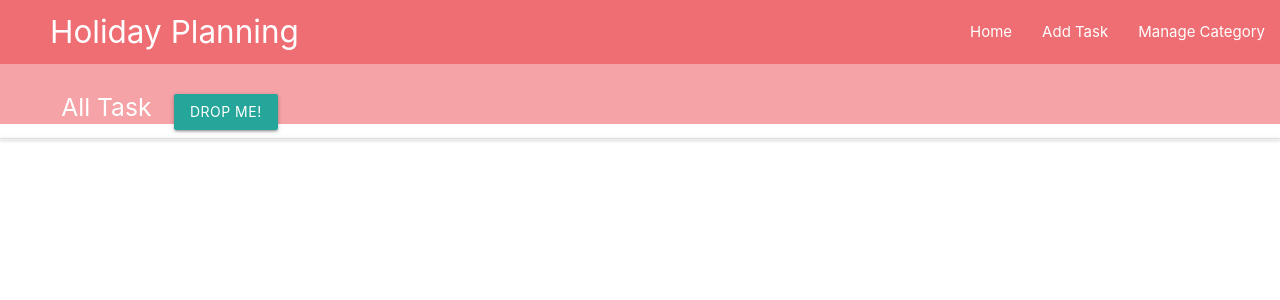
Repository: Code-Institute-Submissions/Project3-Holiday_Planning
Page: http://localhost/
The author's editor kept a record of every edit. The page is drawn from the files as they stood at one moment, then again after the next edit.
The browser window is 1280 px wide. The pictures show the whole page.
Some web libraries are served in a nearby version. The page is served by the project's application, run on Flask 3 (app.py). Queries for data that is not in the repository find no rows.

Above is the page before.

### templates/tasks.html
{% extends 'layout.html' %} {% block content %}


<div class="allTask">
  <div class='row all_task_navi'>
      <div class='col'>
        <h5>All Task</h5>
      </div>
      <div class='col'>
           <!-- Dropdown Trigger -->
      <a class='dropdown-trigger btn' href='#' data-target='dropdown1'>Drop Me!</a>

    <!-- Dropdown Structure -->
    <ul id='dropdown1' class='dropdown-content'>
      <li><a href="#!">one</a></li>
      <li><a href="#!">two</a></li>
      <li class="divider" tabindex="-1"></li>
      <li><a href="#!">three</a></li>
      <li><a href="#!"><i class="material-icons">view_module</i>four</a></li>
      <li><a href="#!"><i class="material-icons">cloud</i>five</a></li>
    </ul>
      </div>

  </div>




<div class="row">

<!--put the collapsible initialization in layout.html    -->
  <ul class="collapsible">
    {% for task in tasks %}
    <li>

      <div class="collapsible-header">
          <div class="task_header col s3">
              <i class="material-icons">expand_more</i>
              <a href="{{url_for('delete_task', task_id=task._id)}}" class="waves-effect waves-light btn btn-small">Done</a>
              <a href="{{url_for('edit_task', task_id=task._id)}}" class="waves-effect waves-light btn btn-small">Edit</a>
          </div>

          <div class="task_header col s9">
              <strong>Category : {{task.category_name}}</strong>
              <br><strong>{{task.task_name}}</strong> - {{task.due_date}}
          </div>
      </div>


      <div class="collapsible-body">
        <span>{{task.task_description}}</span><br><span>{{task.website}}</span><br><span>Person in charge - {{task.person_in_charge}}</span>
      </div>

    </li>
    {% endfor %}
  </ul>
</div>
</div>

{% endblock %}

### templates/layout.html
<!DOCTYPE html>
<html>

<head>
        <link href="https://fonts.googleapis.com/icon?family=Material+Icons" rel="stylesheet">
        <link rel="stylesheet" href="https://cdnjs.cloudflare.com/ajax/libs/materialize/1.0.0/css/materialize.min.css">
        <link rel="stylesheet" href="{{url_for('static', filename='css/style.css')}}" type="text/css"/>
</head>


<body>
    <header>
        <nav>
            <div class="nav-wrapper">
                <a href="{{url_for('get_tasks')}}" class="brand-logo">Holiday Planning</a>
                <a href="#" data-activates="mobile-demo" class="sidenav-trigger"><i class="material-icons">menu</i></a>

                <ul id="nav-mobile" class="right hide-on-med-and-down">
                    <li><a href="{{url_for('get_tasks')}}">Home</a></li>
                    <li><a href="{{url_for('add_task')}}">Add Task</a></li>
                    <li><a href="{{url_for('get_category')}}">Manage Category</a></li>
                </ul>

                <!--extended hamburger navbar added for mobile-->
                <ul class="sidenav" id="mobile-demo">

                    <li><a href="{{url_for('get_tasks')}}">Home</a></li>
                    <li><a href="{{url_for('add_task')}}">Add Task</a></li>
                    <li><a href="{{url_for('get_category')}}">Manage Category</a></li>
                </ul>
            </div>
        </nav>
    </header>

    <div>
        {% block content %} {% endblock %}
    </div>


    <!--<script src="https://cdnjs.cloudflare.com/ajax/libs/jquery/3.4.1/jquery.min.js"></script>-->
   <script <script type="text/javascript" src="https://code.jquery.com/jquery-2.1.1.min.js"></script>
    <script src="https://cdnjs.cloudflare.com/ajax/libs/materialize/1.0.0/js/materialize.min.js"></script>

    <!--to perform the collapsible, datepicker and select option function-->
    <script type="text/javascript">
        $(document).ready(function(){
            $('.collapsible').collapsible();
            $('.datepicker').datepicker({
                format:'dd/mm/yyyy'
            });
            $('select').formSelect();
            $('.sidenav').sidenav();

        });

        // $('.datepicker').pickadate({
        //     selectMonths: true, // Creates a dropdown to control month
        //     selectYears: 15, // Creates a dropdown of 15 years to control year,
        //     today: 'Today',
        //     clear: 'Clear',
        //     close: 'Ok',
        //     closeOnSelect: false // Close upon selecting a date,
        // });

        </script>


        {%block extra_js%}{%endblock%}
</body>

</html>

### app.py
import os
from flask import Flask, render_template, redirect, request, url_for
from flask_pymongo import PyMongo
from bson.objectid import ObjectId


app = Flask(__name__)
app.config["MONGO_DBNAME"] = 'holiday_planning'
app.config["MONGO_URI"] = 'mongodb+srv://root:es1234@cluster0-dio8w.mongodb.net/holiday_planning?retryWrites=true&w=majority'
mongo = PyMongo(app)


# Function to display landing page
@app.route('/')
def index():
    return render_template("tasks.html", tasks=mongo.db.tasks.find())


# T1 - Fetch data in mongodb pass it back to tasks.html
@app.route('/get_tasks')
def get_tasks():
    tasks=mongo.db.tasks.find()
    print(tasks)
    return render_template("tasks.html",
                           tasks=tasks)



# T2 & T3 - After add_task, must follow by insert_task
@app.route('/add_task')
def add_task():
    return render_template('addTask.html',
                            category=mongo.db.category.find())


@app.route('/insert_task', methods=['POST'])
def insert_task():
    tasks = mongo.db.tasks
    tasks.insert_one(request.form.to_dict())
    return redirect(url_for('get_tasks'))



# T4 & T5 - After edit_task, must follow by update_task
@app.route('/edit_task/<task_id>')
def edit_task(task_id):
    the_task =  mongo.db.tasks.find_one({"_id": ObjectId(task_id)})
    all_category =  mongo.db.category.find()
    return render_template('editTask.html', task=the_task,
                           category=all_category)


@app.route('/update_task/<task_id>', methods=["POST"])
def update_task(task_id):
    tasks = mongo.db.tasks
    tasks.update( {'_id': ObjectId(task_id)},
    {
        'category_name':request.form.get('category_name'),
        'task_name':request.form.get('task_name'),
        'task_description': request.form.get('task_description'),
        'person_in-charge': request.form.get('person_in-charge'),
        'website': request.form.get('website'),
        'due_date': request.form.get('due_date'),
        'is_urgent':request.form.get('is_urgent')
    })
    return redirect(url_for('get_tasks'))


# T6 - Delete task from the get_tasks page
@app.route('/delete_task/<task_id>')
def delete_task(task_id):
    mongo.db.tasks.remove({'_id': ObjectId(task_id)})
    return redirect(url_for('get_tasks'))



# CATEGORY

# C1 - Function to fetch all our data in mongodb pass it back to category.html
@app.route('/get_category')
def get_category():
    return render_template("category.html",
                            category=mongo.db.category.find())



# C2 & C3 - After add_category, must follow by insert_category
@app.route('/add_category')
def add_category():
    return render_template('addCategory.html')


@app.route('/insert_category', methods=['POST'])
def insert_category():
    category_doc = {'category_name': request.form.get('category_name')}
    mongo.db.category.insert_one(category_doc)
    return redirect(url_for('get_category'))



# C4 & C5 - After edit_category, must follow by update_category
@app.route('/edit_category/<category_id>')
def edit_category(category_id):
    return render_template('editCategory.html',
    category=mongo.db.category.find_one({'_id': ObjectId(category_id)}))


@app.route('/update_category/<category_id>', methods=['POST'])
def update_category(category_id):
    mongo.db.category.update(
        {'_id': ObjectId(category_id)},
        {'category_name': request.form.get('category_name')})
    return redirect(url_for('get_category'))



# C6 - Delete category from the Manage Category page
@app.route('/delete_category/<category_id>')
def delete_category(category_id):
    mongo.db.category.remove({'_id': ObjectId(category_id)})
    return redirect(url_for('get_category'))



# Boiler plate - must include at the end of app.py
if __name__ == '__main__':
    app.run(host=os.environ.get('IP'),
            port=int(os.environ.get('PORT')),
            debug=True)

### static/css/style.css
/*tasks.html*/

.all_task_navi{
    margin-bottom: 0px;
}


.allTask,
.addTask{
    /*color: white;*/
    height:50px;
    background-color: #f5a3a7;
    vertical-align: baseline;
    padding-top: 30px;
    margin-bottom: 0px;
    padding-bottom: 30px;
}



.btn_small {
    height: 24px;
    width: 60px;
    line-height: 24px;
    margin: 5px 100px;
    padding: 0px 100px;
}


/*Add Task Page*/
.submit_btn{
    margin-left: 200px;
}




.divider{
    width:10px;
    border:none;

}


.task_name{
   padding: 50px 0px 0px 0px;
}


.nav-wrapper,
h5{
    margin: 0px;
    padding:0px 0px 0px 50px;
    color: white;
}

After the next edit:
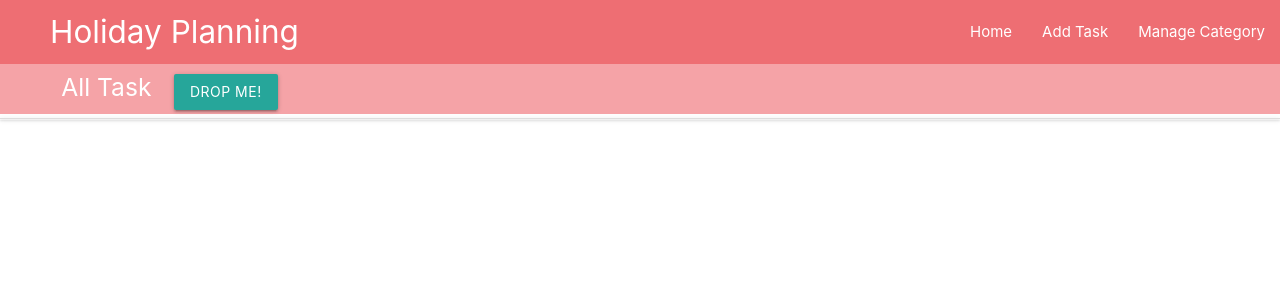
The edit:
--- a/static/css/style.css
+++ b/static/css/style.css
@@ -11,7 +11,7 @@
     height:50px;
     background-color: #f5a3a7;
     vertical-align: baseline;
-    padding-top: 30px;
+    padding-top: 10px;
     margin-bottom: 0px;
     padding-bottom: 30px;
 }
